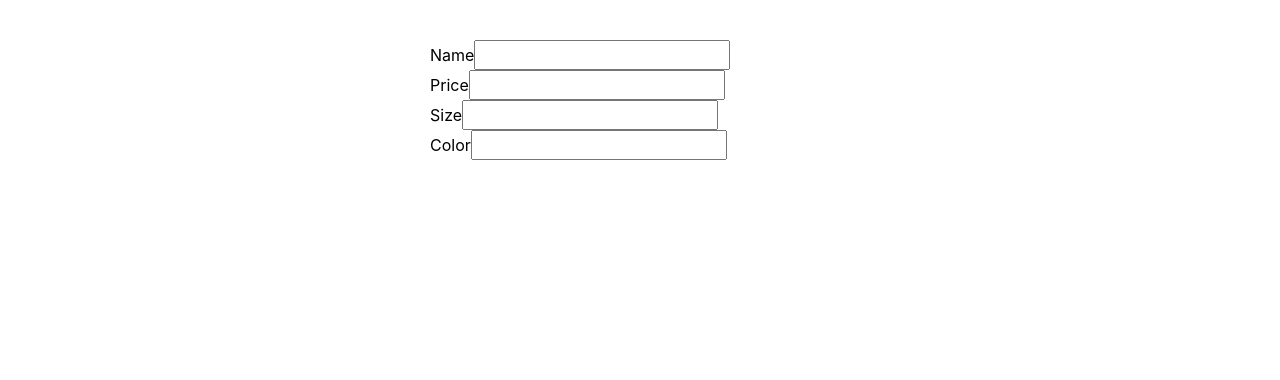
Repository: hoang0508/ReactJsHoiDanIT
Page: /
The author's editor kept a copy of each file at every save. The page is drawn from the files as they stood at one save, then again after the next save.
The browser window is 1280 px wide. The pictures show the whole page.
The project was rebuilt for these pictures with package versions that can differ from the ones it lists, and the page was loaded fresh each time.

Above is the page before, as saved 2022-02-15 09:48:09.

### src/App.js
// import logo from "./logo.svg";
import "./App.css";
import AddNewProduct from "./components/Form/AddNewProduct";
// import Home from "./components/TodoApp/Home";

const App = () => {
  return (
    <>
      <AddNewProduct />
    </>
  );
};

export default App;

### src/App.css
*,
*::before,
*::after {
  box-sizing: border-box;
}
body,
h1,
h2,
h3,
h4,
h5,
h6,
p,
figure,
picture {
  margin: 0;
}
body {
  min-height: 100vh;
  line-height: 1.5;
}
input,
button,
select,
textarea {
  font: inherit;
}
img,
picture {
  display: block;
  max-width: 100%;
}
/* remove animation for people who've turned them off */
@media (prefers-reduced-motion: reduce) {
  *,
  *::before,
  *::after {
    animation-duration: 0.01ms !important;
    animation-iteration-count: 1 !important;
    transition-duration: 0.01ms !important;
    scroll-behavior: auto !important;
  }
}

### src/components/Form/AddNewProduct.js
import React from "react";
import "./AddNewProduct.scss";
const AddNewProduct = () => {
  return (
    <form className="form">
      <div className="form-group">
        <label className="form-label" htmlFor="name">
          Name
        </label>
        <input type="text" className="form-input" />
      </div>
      <div className="form-group">
        <label className="form-label" htmlFor="price">
          Price
        </label>
        <input type="text" className="form-input" />
      </div>
      <div className="form-group">
        <label className="form-label" htmlFor="name">
          Size
        </label>
        <input type="text" className="form-input" />
      </div>
      <div className="form-group">
        <label className="form-label" htmlFor="name">
          Color
        </label>
        <input type="text" className="form-input" />
      </div>
    </form>
  );
};

export default AddNewProduct;

### src/components/Form/AddNewProduct.scss
form {
  max-width: 500px;
  width: 100%;
  padding: 40px;
  margin: 0 auto;
  &-group {
    display: flex;
    flex-direction: column;
    gap: 10px;
    margin-bottom: 15px;
  }
}

Loaded but not shown: public/index.html (common file); src/index.js (common file); src/index.css (common file); src/reportWebVitals.js (common file)

After the next save:
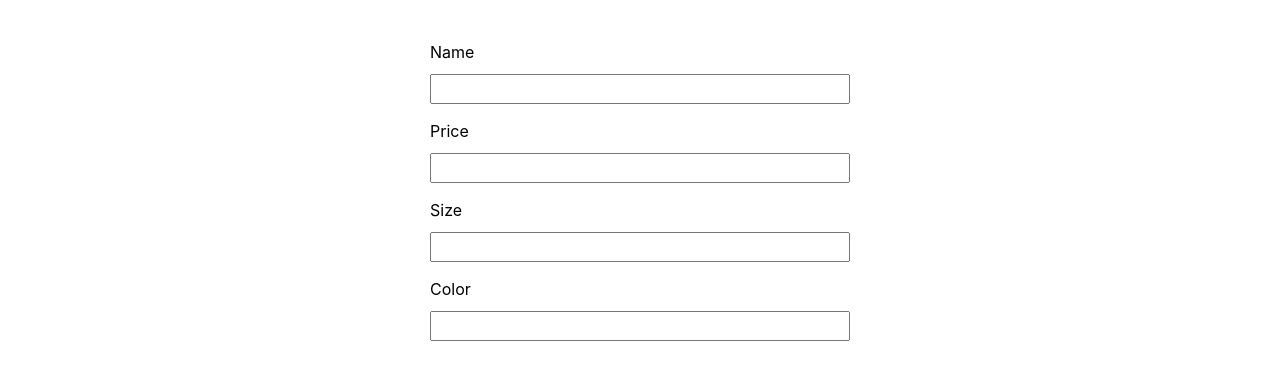
Saved 53 s later.
--- a/src/components/Form/AddNewProduct.scss
+++ b/src/components/Form/AddNewProduct.scss
@@ -1,4 +1,4 @@
-form {
+.form {
   max-width: 500px;
   width: 100%;
   padding: 40px;
